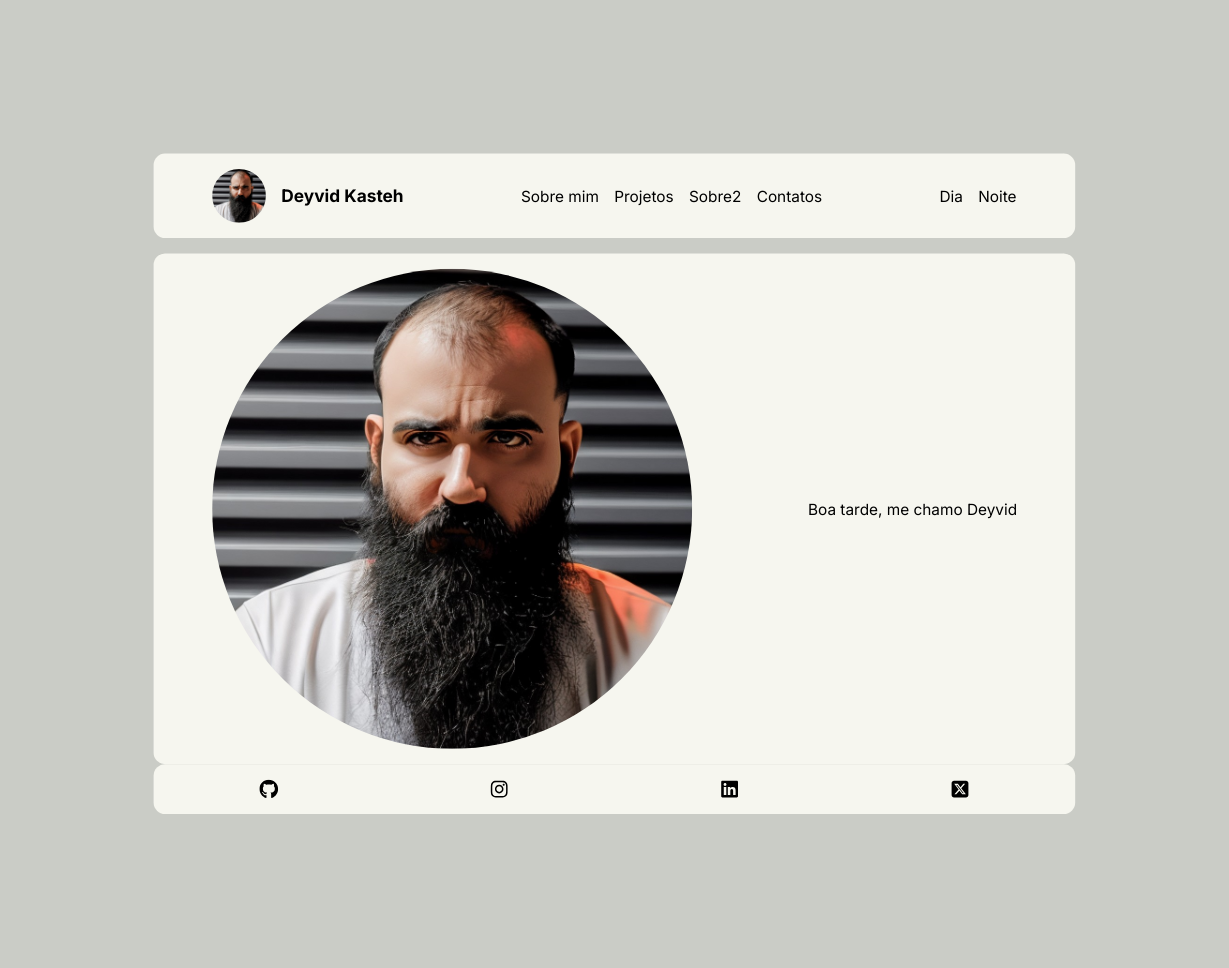
Repository: Deyvid-Kasteh/kasteh_portfolio
Page: /
The author's editor kept a copy of each file at every save. The page is drawn from the files as they stood at one save, then again after the next save.
The browser window is 1280 px wide. The pictures show the whole page, at 96% of full size.
The project was rebuilt for these pictures with package versions that can differ from the ones it lists, and the page was loaded fresh each time. The framework's server and built-in components were replaced by stand-ins that run in the browser. Also part of the build but not shown: next.config.mjs.

Above is the page before, as saved 2024-03-26 00:22:12.

After the next save:
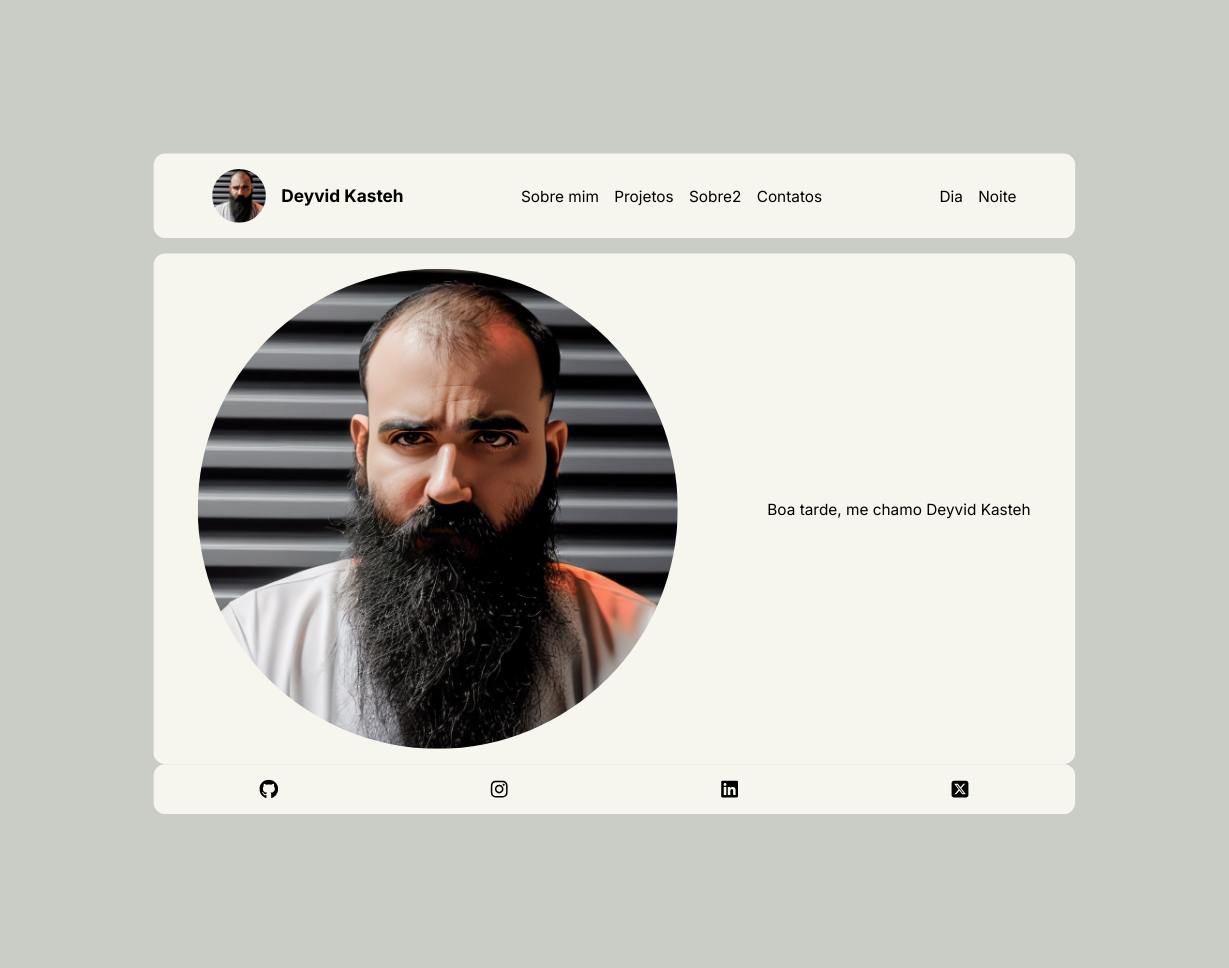
Saved 4 s later.
--- a/src/app/components/main.tsx
+++ b/src/app/components/main.tsx
@@ -7,7 +7,7 @@ const Main: React.FC = () => {
       <div>
         <MinhaFoto height={500} width={500} />
       </div>
-      <div>Boa tarde, me chamo Deyvid </div>
+      <div>Boa tarde, me chamo Deyvid Kasteh</div>
     </main>
   );
 }
